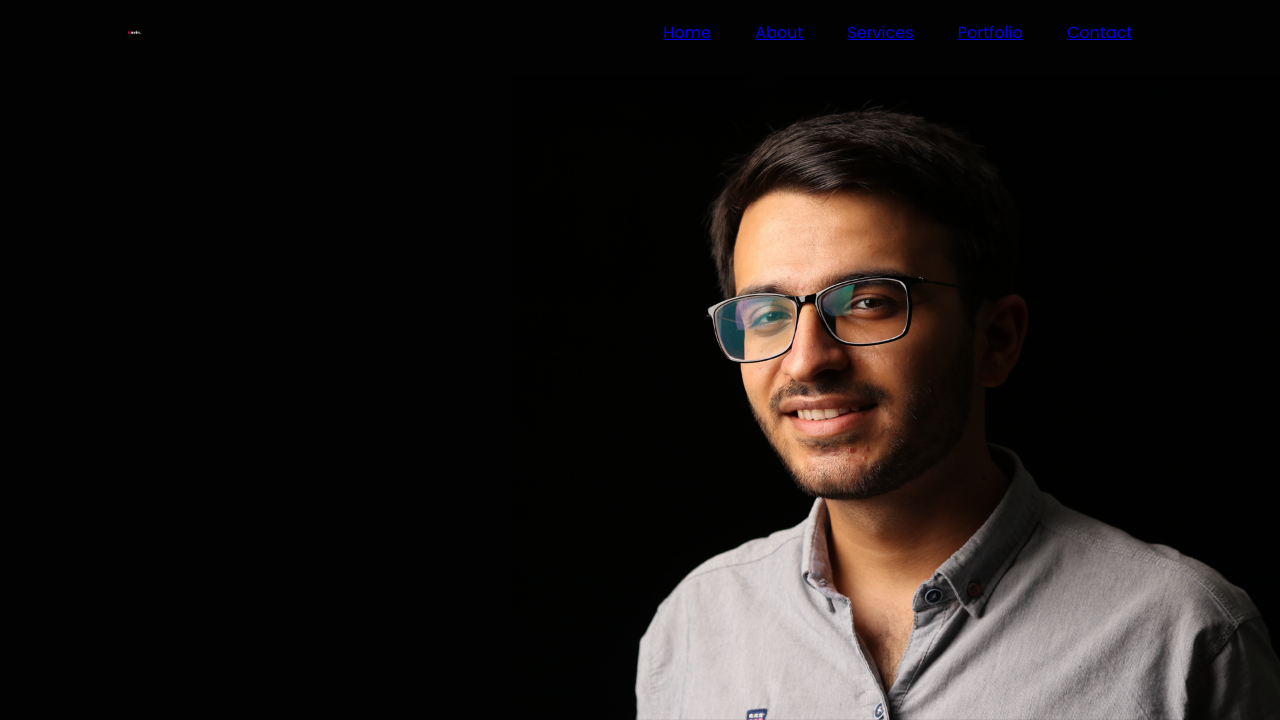
Repository: bryanbraide/Profile-card
Page: index.html
An editor plug-in stored every save of this project. The page is shown before and after a run of saves, followed by the edit.
The browser window is 1280 px wide. The pictures show the whole page.

Above is the page before, as saved 2025-06-09 12:08:06.

### index.html
<!DOCTYPE html>
<html lang="en">

<head>
  <meta charset="UTF-8">
  <meta name="viewport" content="width=device-width, initial-scale=1.0">
  <title>Personal Portfolio - Bryan Braide </title>
  <link rel="stylesheet" href="style.css">
  <link href="https://fonts.googleapis.com/css2?family=Poppins&display=swap" rel="stylesheet">

</head>

<body>
  <div id="header">
    <div class="container">
      <nav>
        <img src="images/logo.png" class="logo">
        <ul>
          <li><a href="#">Home</a></li>
          <li><a href="#">About</a></li>
          <li><a href="#">Services</a></li>
          <li><a href="#">Portfolio</a></li>
          <li><a href="#">Contact</a></li>
        </ul>
      </nav>
    </div>
  </div>

</body>

</html>

### style.css
* {
  margin: 0;
  padding: 0;
  font-family: 'Poppins' , 'sans-serif';
  box-sizing: border-box;
}
body {
  background: #080808;
  color: #fff;
}
#header {
  width: 100%;
  height: 100vh;
  background-image: url("images/background.png");
  background-size: cover;
  background-position: center;
}
.container{
  padding: 10px 10%;
}

nav {
  display: flex;
  align-items: center;
  justify-content: space-between;
  flex-wrap: wrap;
}
.logo{
  width: 13px;
}

nav ul li {
  display: inline-block;
  list-style: none;
  margin: 10px 20px;
}

After the next 6 saves:
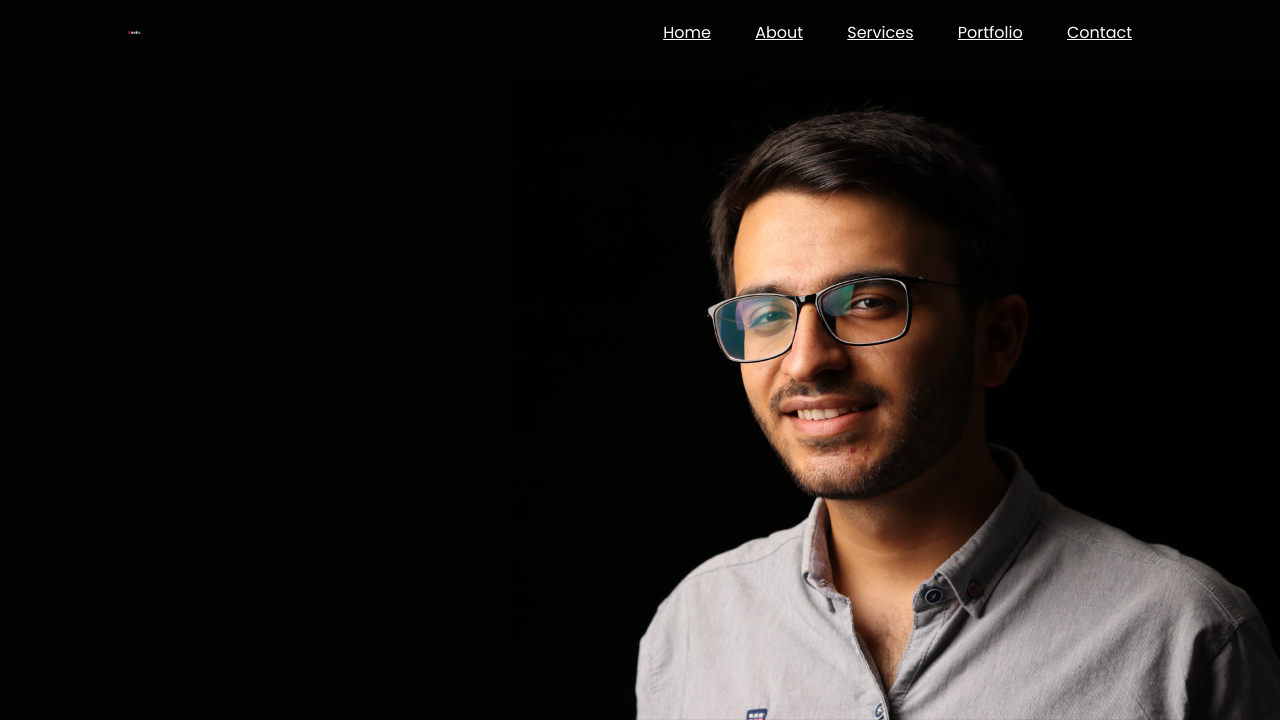
The 6 saves are shown as one change because they came seconds apart.
The last was saved 28 s later.
--- a/style.css
+++ b/style.css
@@ -34,3 +34,7 @@
   list-style: none;
   margin: 10px 20px;
 }
+
+nav ul li a {
+  color: white;
+}
